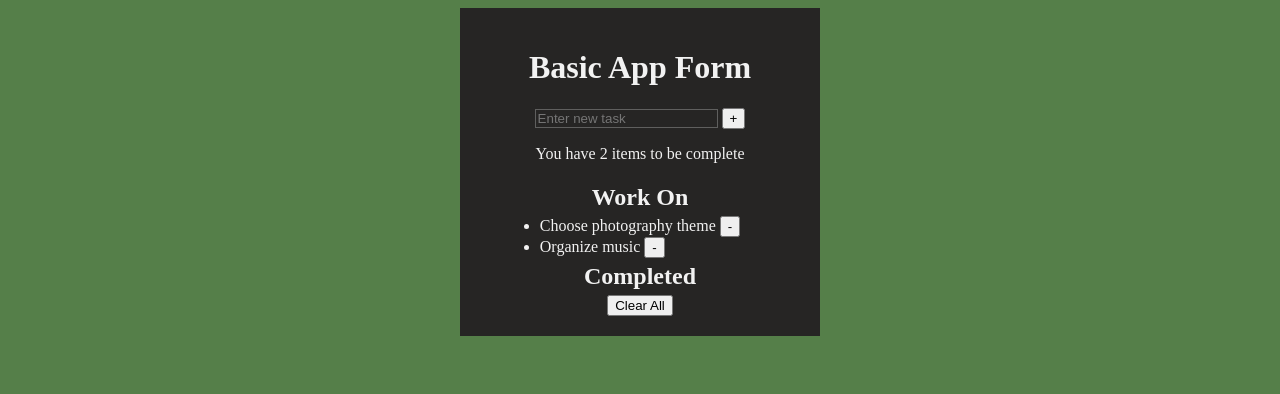
Repository: Kayla-amr/dgm_3760
Page: index.html
The author's editor kept a copy of each file at every save. The page is drawn from the files as they stood at one save, then again after the next save.
The browser window is 1280 px wide. The pictures show the whole page.

Above is the page before, as saved 2022-11-28 15:24:11.

### index.html
<!DOCTYPE html>
<html lang="en">

<head>
    <meta charset="UTF-8">
    <meta http-equiv="X-UA-Compatible" content="IE=edge">
    <meta name="viewport" content="width=device-width, initial-scale=1.0">
    <link rel="stylesheet" href="styles.css">
    <title>Basic Todo App</title>
</head>

<body>
    <main>
        <div class="taskForm">
            <h1 class="formTitle"></h1>
            <div>
                <input class="userInput" type="text" placeholder="Enter new task">
                <button class="addTask">+</button>
            </div>
            <p class="remainingTasks"></p>
            <h2>Work On</h2>
            <ul class='todoTasks'>
            </ul>
            <h2>Completed</h2>
            <ul class='completedTasks'>
            </ul>

            <button id="clearBtn">Clear All</button>
    </main>

    </div>
</body>
<script src="index.js"></script>

</html>

### styles.css
body{
    background-color: #557f49;
    color: #f2f2f2;
}
main{
    display: flex;
    justify-content: center;
}
h2{
    margin: 0;
    padding: 5px;
}
.taskForm{
    background-color: #262524;
    padding: 20px;
    width: 20rem;
    display: flex;
    flex-direction: column;
    align-items: center;
}

.todoTasks{
    margin: 0;
    padding: 0;
}
.completedTasks{
    margin: 0;
    padding: 0;
}
.userInput{
    background-color: #eaaf1900;
    border: 1px solid #808080a1;
    color: #f2f2f2;
}

### index.js
const addBtn = document.querySelector('.addTask'); //store element object for the add task button
const todoTaskUl = document.querySelector('.todoTasks'); //get a reference to the task container UL
const completedTaskUL = document.querySelector('.completedTasks'); //get a reference to the task container UL
const clearBtn = document.querySelector('#clearBtn'); //clear button
const removeBtn = document.querySelector('.removeBtn');
const remainingTasks = document.querySelector('.remainingTasks');

let myList = [
	{
		id: 0,
		name: 'Choose photography theme',
		category: 'Homework',
		due_date: 'Tomorrow',
		status: false
	},
	{
		id: 1,
		name: 'Organize music',
		category: 'Chores',
		due_date: 'Wednesday',
		status: false
	}
];

//app title
document.querySelector('.formTitle').innerText = 'Basic App Form';

//view todods

function displayTodos(todos) {
	//clear out any tasks (li elements) that are in the UL
	todoTaskUl.innerHTML = '';
	completedTaskUL.innerHTML = '';
	//for each todo in the array, add it to the container UL
	todos.forEach(function(myTask) {
		if (myTask.status != true) {
			todoTaskUl.innerHTML += `<li data-todoId='${myTask.id}'> ${myTask.name} <button class="removeBtn" onclick="deleteTask()">-</button></li>`;

		} else {
			completedTaskUL.style.textDecoration = 'line-through';
			completedTaskUL.innerHTML += `<li data-todoId='${myTask.id}'> ${myTask.name} <button class="removeBtn" onclick="deleteTask()">-</button></li>`;
		}
	});
}

//add todos

function addTask() {
	let userInput = document.querySelector('.userInput').value;

	const newTodoObj = {
		id: myList.length + 1,
		name: userInput,
		category: null,
		due_date: null,
		status: false
	};

	myList.push(newTodoObj);
	displayTodos(myList);
}

// create a function to complete todos
function editTask() {
	const clickedTodoId = event.target.dataset.todoid;
	const todoIdx = myList.findIndex((todo) => todo.id == clickedTodoId);
	myList[todoIdx].status = !myList[todoIdx].status;
	console.log(myList);
	displayTodos(myList);
	// function will take 1 parameter (input) an id of the todo to complete
	// find the todo to complete and then change the value of status in the todo object
	//use the .findIndex method to get the index
	//then edit the object directly using bracket notation
	//IE: myList[todoIDX].status
}

//create a function to delete todos
function deleteTask() {
	const todoIdx = myList.findIndex((todo) => todo.obj == removeBtn);
	myList.splice(todoIdx, 1);
	displayTodos(myList);
	//much the same as the complete todo function
	//instead of editing the object, you will need to remove it from the array
}

function deleteComplete() {
	myList.forEach((todo, index, array) => {
		if (todo.status) {
			array.splice(index, 1);
		}
	});
}

function remaining() {
	remainingTasks.textContent = `You have ${todoTaskUl.tagName.length} items to be complete`;
}

remaining();
//for complete and delete event listeners you will need to listen for events on the UL

addBtn.addEventListener('click', (event) => {
	addTask();
});

todoTaskUl.addEventListener('click', (event) => {
	editTask();
});

completedTaskUL.addEventListener('click', (event) => {
	editTask();
});

clearBtn.addEventListener('click', (event) => {
	deleteComplete();
	displayTodos(myList);
});

//on page load, show the todos
displayTodos(myList);

After the next save:
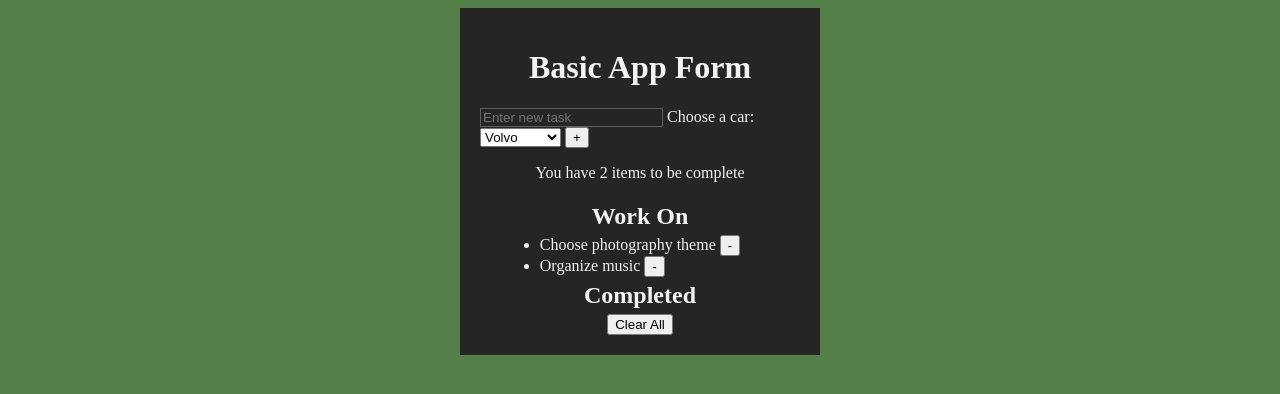
Saved 19 h 26 min later.
--- a/index.html
+++ b/index.html
@@ -15,6 +15,14 @@
             <h1 class="formTitle"></h1>
             <div>
                 <input class="userInput" type="text" placeholder="Enter new task">
+                <label for="cars">Choose a car:</label>
+
+<select name="cars" id="cars">
+  <option value="volvo">Volvo</option>
+  <option value="saab">Saab</option>
+  <option value="mercedes">Mercedes</option>
+  <option value="audi">Audi</option>
+</select>
                 <button class="addTask">+</button>
             </div>
             <p class="remainingTasks"></p>
